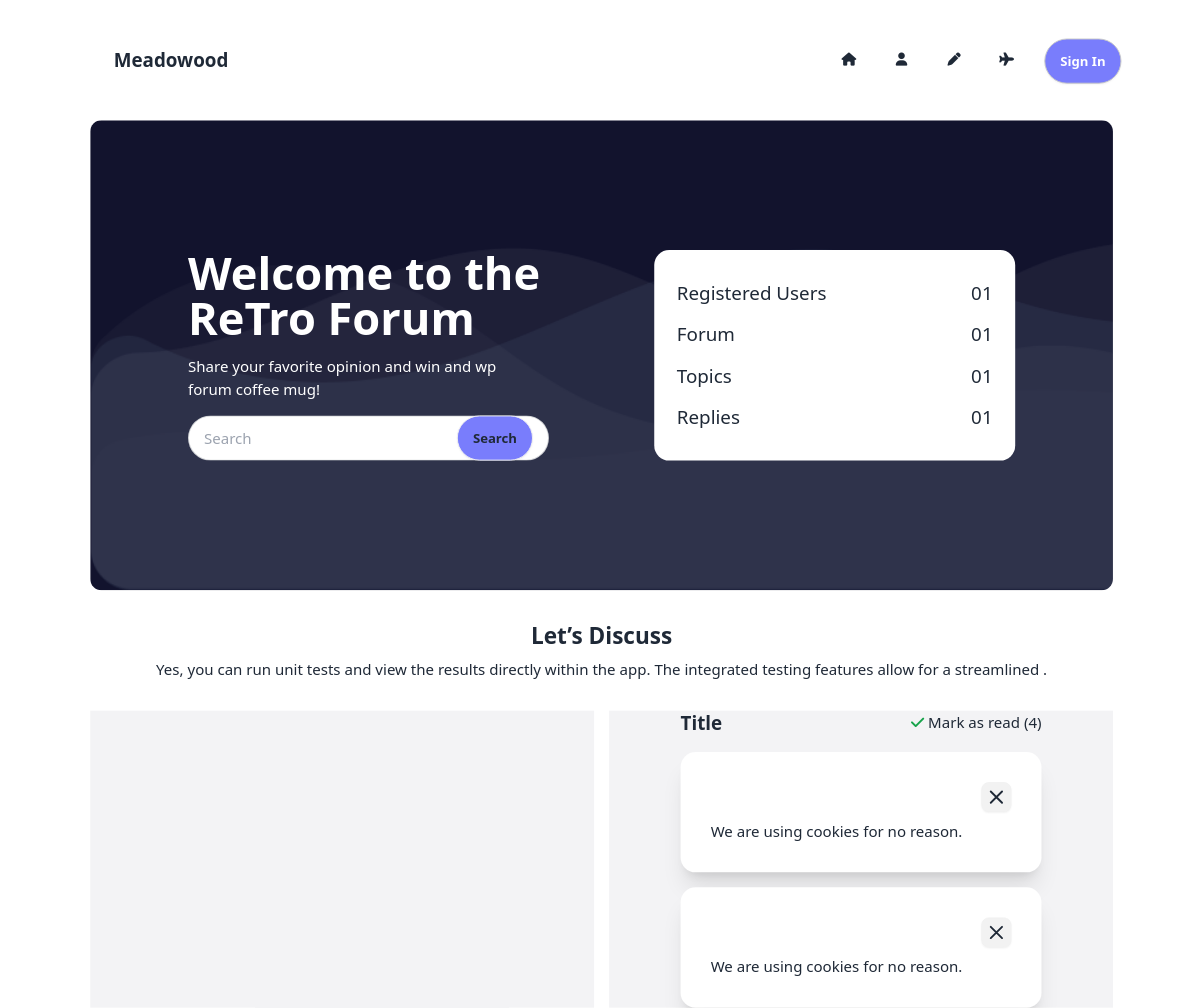
Repository: RudrasahaDibos/Meadowood-Forum
Page: index.html
The author's editor kept a copy of each file at every save. The page is drawn from the files as they stood at one save, then again after the next save.
The browser window is 1280 px wide. The pictures show the whole page, at 94% of full size.
The page's requests for data from a server got no answer. Some web libraries are served in a nearby version.

Above is the page before, as saved 2024-11-24 22:31:17.

After the next save:
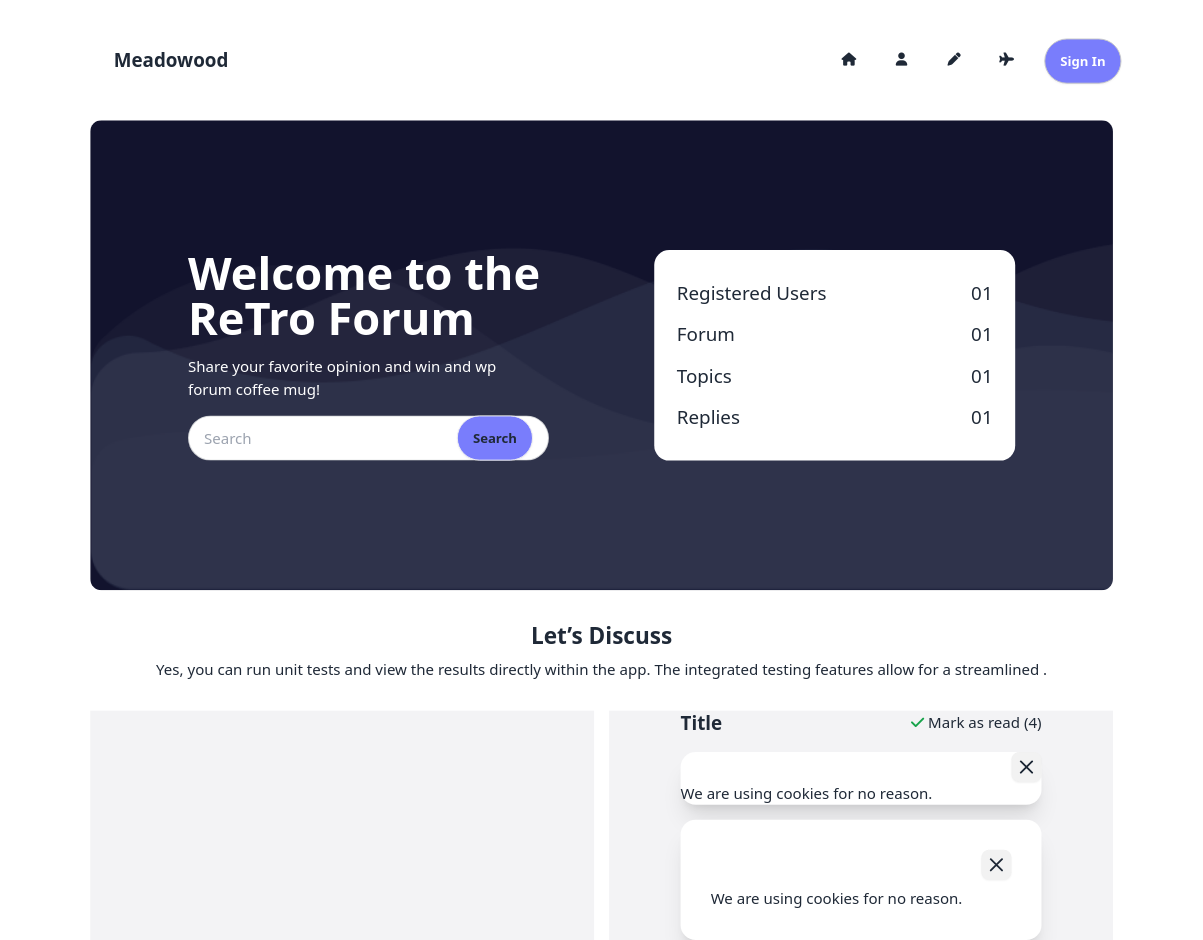
Saved 11 s later.
--- a/index.html
+++ b/index.html
@@ -157,7 +157,7 @@
                                 <p><i class="fa-solid fa-check text-green-600"></i> Mark as read (4)</p>
                              </div>
                             <div id="secondcard-container" class="card bg-base-100 w-96 shadow-xl mt-4">
-                                <div class="card-body">
+                                <class="card-body">
                                   <div class="card-actions justify-end">
                                     <button class="btn btn-square btn-sm">
                                       <svg
@@ -175,7 +175,7 @@
                                     </button>
                                   </div>
                                   <p>We are using cookies for no reason.</p>
-                                </div>
+                                </class=>
                               </div>
 
 

After the save that followed:
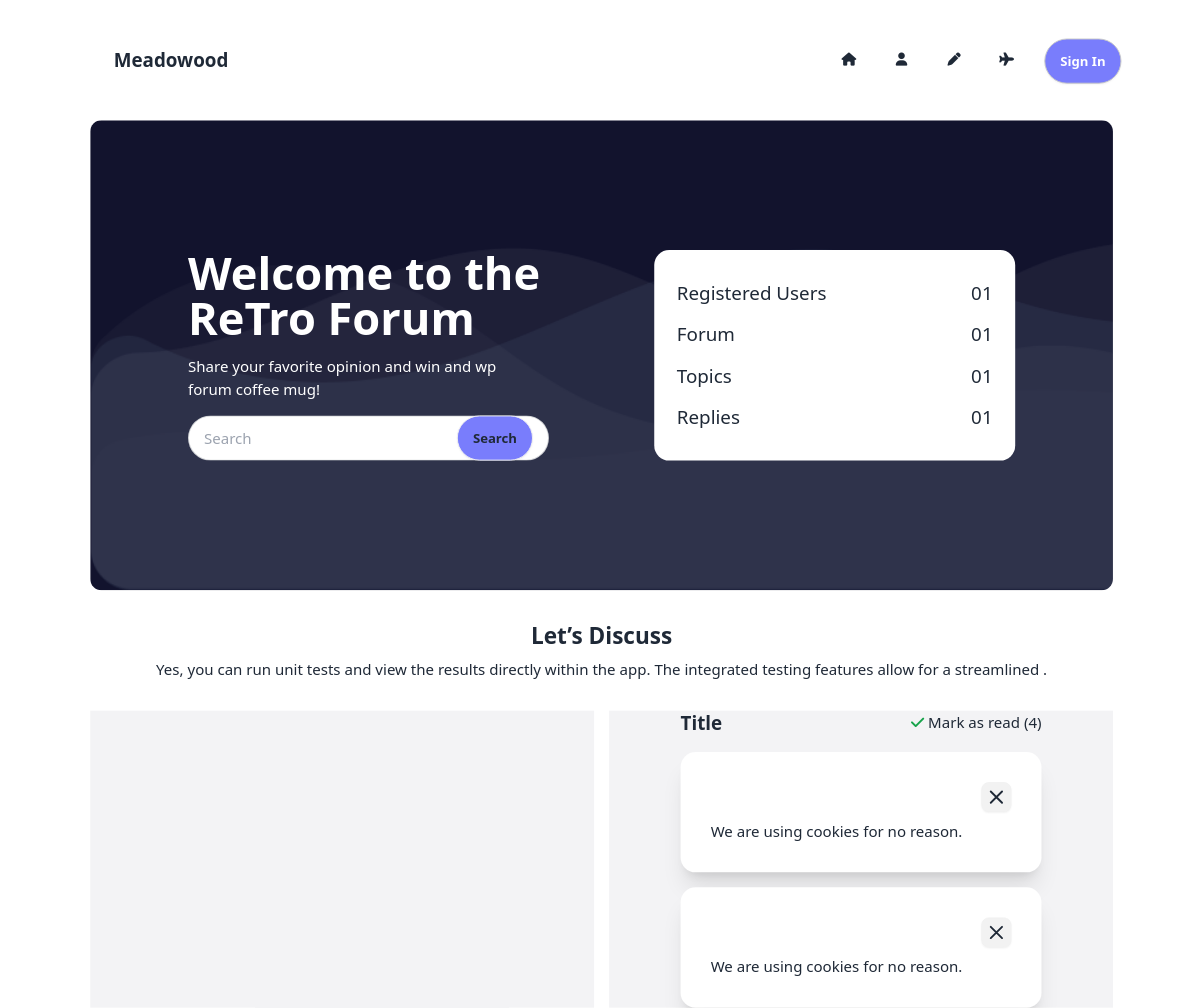
Saved 7 s later.
--- a/index.html
+++ b/index.html
@@ -157,7 +157,7 @@
                                 <p><i class="fa-solid fa-check text-green-600"></i> Mark as read (4)</p>
                              </div>
                             <div id="secondcard-container" class="card bg-base-100 w-96 shadow-xl mt-4">
-                                <class="card-body">
+                                <div class="card-body">
                                   <div class="card-actions justify-end">
                                     <button class="btn btn-square btn-sm">
                                       <svg
@@ -175,7 +175,7 @@
                                     </button>
                                   </div>
                                   <p>We are using cookies for no reason.</p>
-                                </class=>
+                                </div>
                               </div>
 
 
